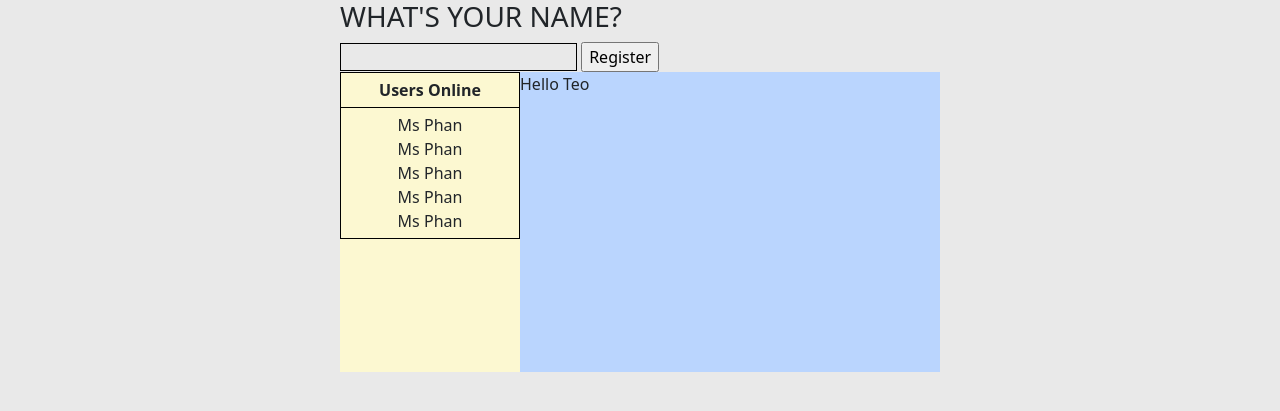
Repository: haimy125/demo_chat
Page: http://localhost/
An editor plug-in stored every save of this project. The page is shown before and after the next save, followed by the edit.
The browser window is 1280 px wide. The pictures show the whole page.
The page is served by the project's Node server (DEMO_CHAT_SOCKETIO/SERVER.js).

Above is the page before, as saved 2021-08-29 15:36:50.

### DEMO_CHAT_SOCKETIO/views/trangchu.ejs
<!DOCTYPE html>
<html lang="en">

<head>
    <meta charset="UTF-8">
    <meta http-equiv="X-UA-Compatible" content="IE=edge">
    <meta name="viewport" content="width=device-width, initial-scale=1.0">
    <title>demo chat</title>
    <link href="https://cdn.jsdelivr.net/npm/bootstrap@5.0.2/dist/css/bootstrap.min.css" rel="stylesheet" integrity="sha384-EVSTQN3/azprG1Anm3QDgpJLIm9Nao0Yz1ztcQTwFspd3yD65VohhpuuCOmLASjC" crossorigin="anonymous">
    <script src="https://cdn.jsdelivr.net/npm/@popperjs/core@2.9.2/dist/umd/popper.min.js" integrity="sha384-IQsoLXl5PILFhosVNubq5LC7Qb9DXgDA9i+tQ8Zj3iwWAwPtgFTxbJ8NT4GN1R8p" crossorigin="anonymous"></script>
    <script src="https://cdn.jsdelivr.net/npm/bootstrap@5.0.2/dist/js/bootstrap.min.js" integrity="sha384-cVKIPhGWiC2Al4u+LWgxfKTRIcfu0JTxR+EQDz/bgldoEyl4H0zUF0QKbrJ0EcQF" crossorigin="anonymous"></script>

    <script src="jquery.js"></script>
    <script src="socket.io/socket.io.js"></script>
    <link rel="stylesheet" href="layout.css">
    <script src="xuly.js">
    </script>
</head>

<body>
    <div class="container">
        <div id="wrapper">
            <div id="loginForm">
                <h3>WHAT'S YOUR NAME?</h3>
                <input type="text" id="txtUsername">
                <input type="button" value="Register" id="btnRegister" />
            </div>
            <div id="chatForm">
                <div id="left">
                    <div id="boxTitle">Users Online</div>
                    <div id="boxContent">
                        <div class="userOnline">Ms Phan</div>
                        <div class="userOnline">Ms Phan</div>
                        <div class="userOnline">Ms Phan</div>
                        <div class="userOnline">Ms Phan</div>
                        <div class="userOnline">Ms Phan</div>
                    </div>
                </div>
                <div id="right">
                    <div id="sayHi">Hello <span id="currentUser">Teo</span></div>
                </div>
            </div>
        </div>
    </div>
</body>

</html>

### DEMO_CHAT_SOCKETIO/SERVER.js
var express = require('express'); //phai require thu vien express moi chay
var app = express(); //khai bao server
app.use(express.static("public")); //can file js, css nen khai bao the nay de all file trong public la khach hang truy cap duoc het

app.set("view engine", "ejs"); //
app.set("views", "./views");
var server = require('http').Server(app); //dựng server
var io = require('socket.io')(server);
server.listen(3000);


app.get('/', function(req, res) {
    res.render('trangchu');
});

### DEMO_CHAT_SOCKETIO/public/layout.css
body {
    background-color: #e9e9e9;
}

#wrapper {
    width: 600px;
    margin: 0 auto;
}

#txtUsername {
    background-color: transparent;
    border: solid 1px black;
    /* border-width: 0 0 1 0; */
}

#left,
#right {
    min-height: 300px;
}

#left {
    width: 30%;
    float: left;
    background-color: #fcf8d1;
}

#right {
    width: 70%;
    float: right;
    background-color: #bad5fe;
}

#boxTitle {
    border: solid 1px black;
    padding: 5px;
    text-align: center;
    font-weight: bold;
}

#boxContent {
    border: solid 1px black;
    border-top: none;
    padding: 5px;
    text-align: center;
}

### DEMO_CHAT_SOCKETIO/public/xuly.js
$(document).ready(function() {
    // alert('a');
});

Loaded but not shown: DEMO_CHAT_SOCKETIO/public/jquery.js (library)

After the next save:
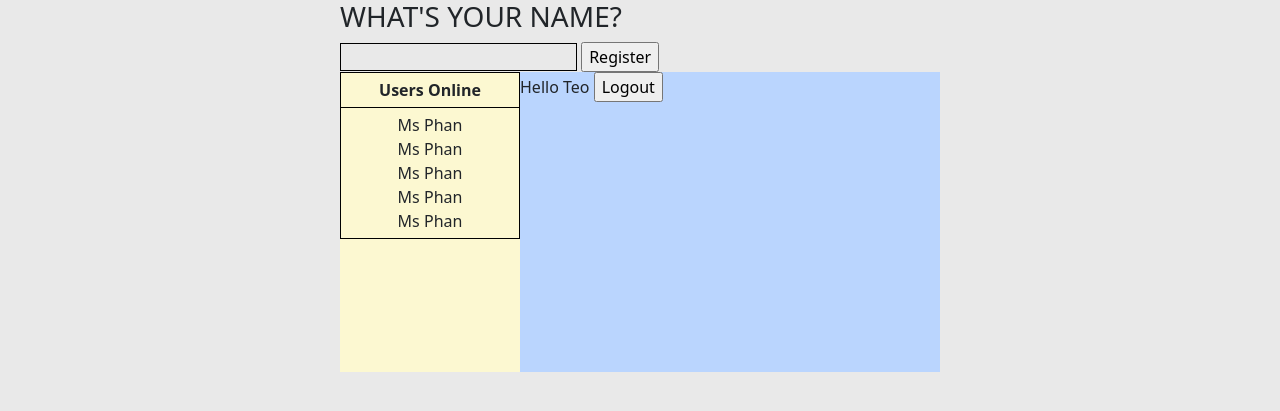
Saved 54 s later.
--- a/DEMO_CHAT_SOCKETIO/views/trangchu.ejs
+++ b/DEMO_CHAT_SOCKETIO/views/trangchu.ejs
@@ -37,7 +37,9 @@
                     </div>
                 </div>
                 <div id="right">
-                    <div id="sayHi">Hello <span id="currentUser">Teo</span></div>
+                    <div id="sayHi">Hello <span id="currentUser">Teo</span>
+                        <input type="button" value="Logout" id="btnLogout">
+                    </div>
                 </div>
             </div>
         </div>
